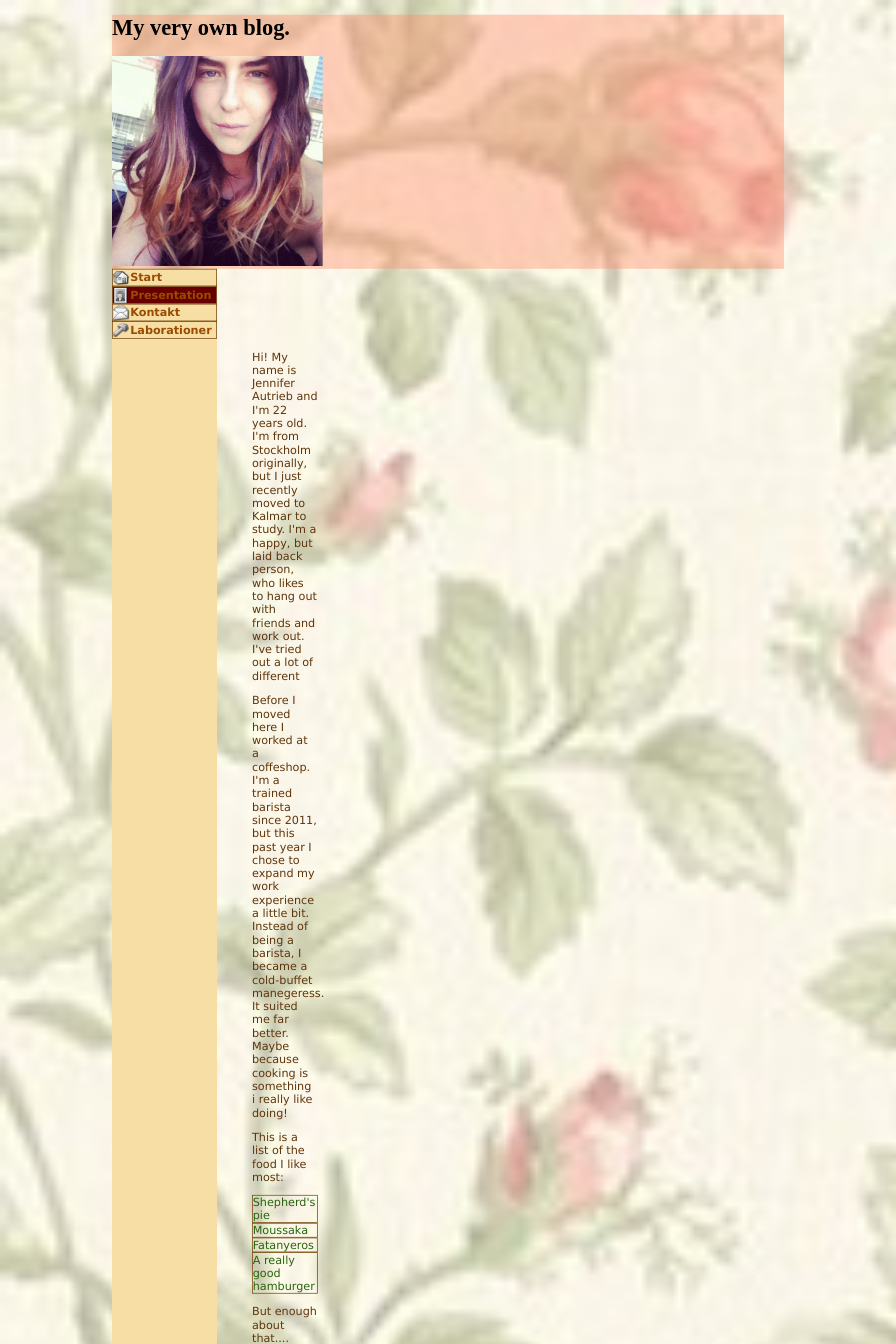
Repository: JeAut/1ik415-JeAut-laborationer
Page: WWW/pages/Presentation.html
The author's editor kept a record of every edit. The page is drawn from the files as they stood at one moment, then again after the next edit.
The browser window is 1280 px wide. The pictures show the part of the page from y = 0 to 1920 px (the page is 6812 px tall before and 1653 px after), at 70% of full size.

Above is the page before.

After the next edit:
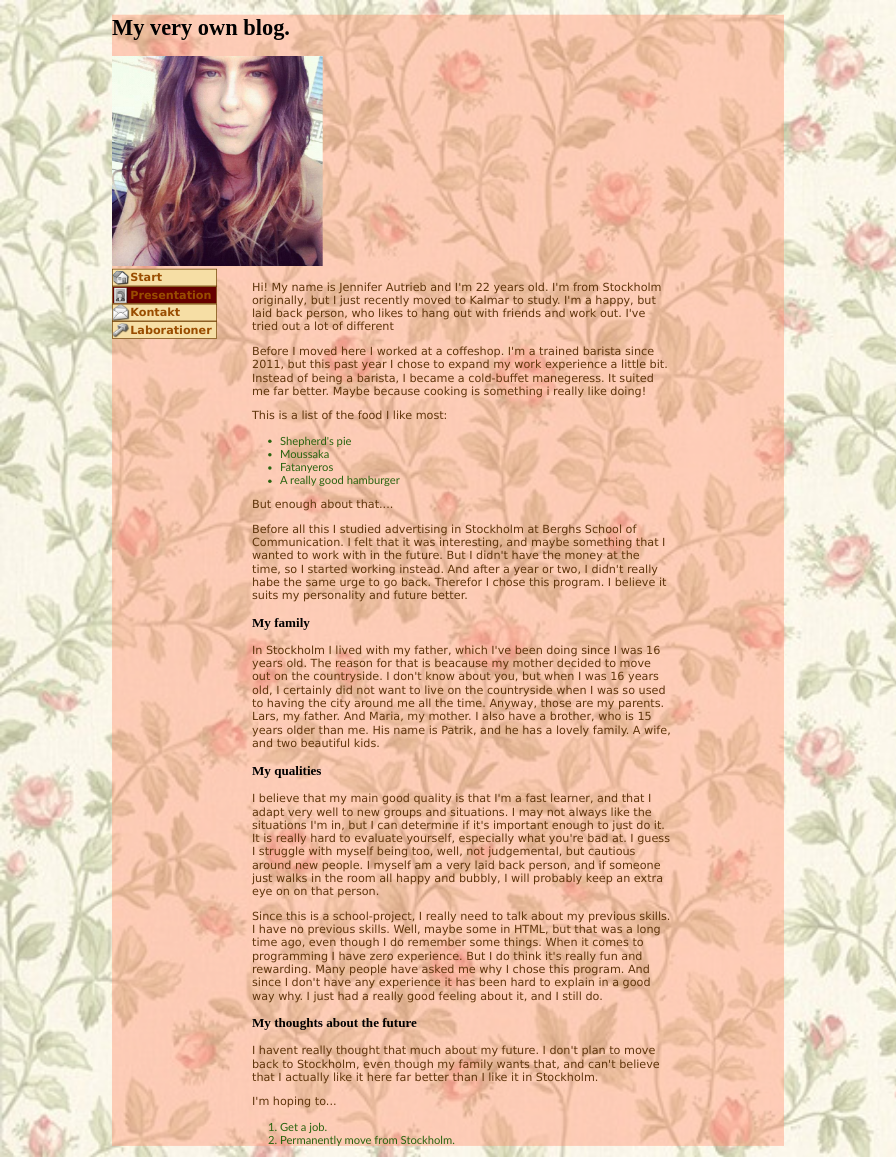
The edit:
--- a/WWW/pages/Presentation.html
+++ b/WWW/pages/Presentation.html
@@ -24,7 +24,7 @@
            <li><a href="kontakt.html" class="buttonkontakt"> Kontakt</a></li>
            <li><a href="laborationer.html" class="buttonlabb"> Laborationer</a></li>
          </ul>
-         </aside>
+         </div>
 
 
         <!--
